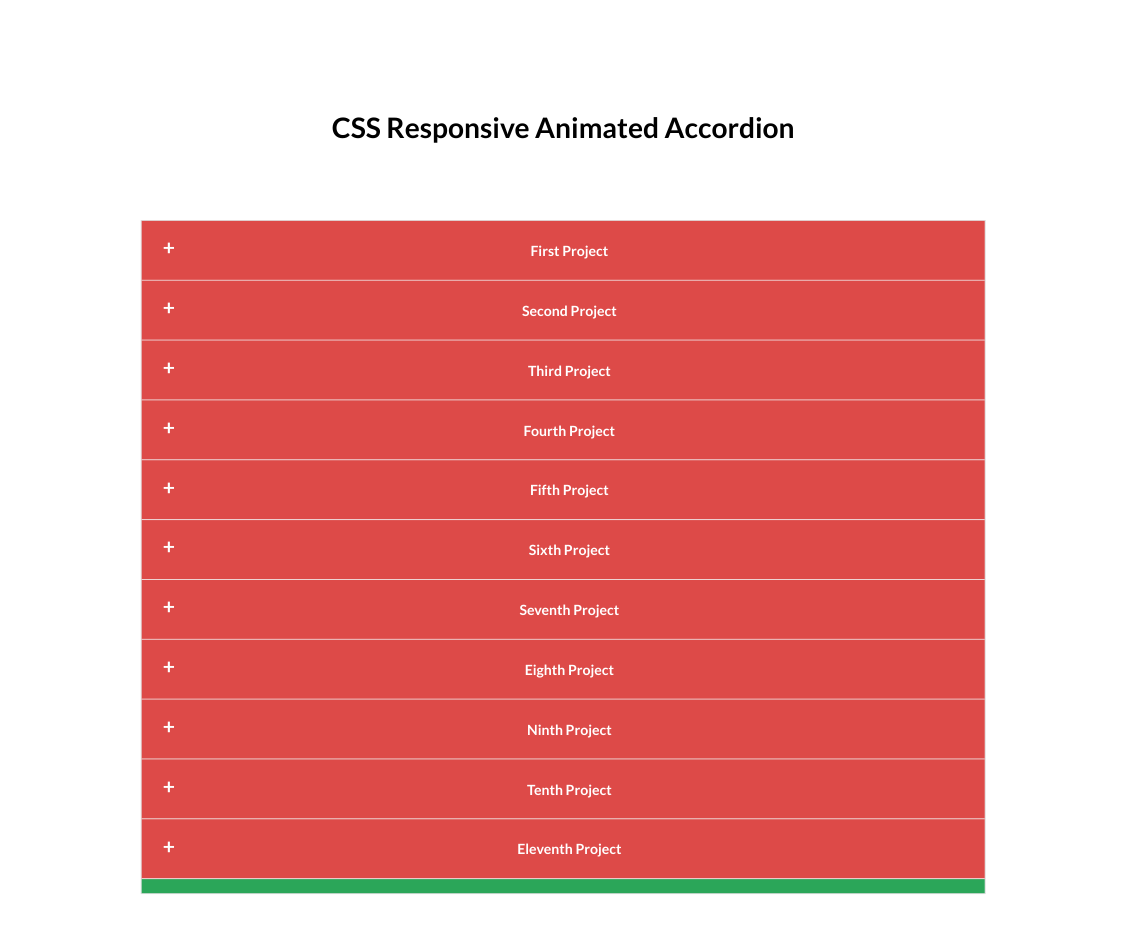
Repository: Imprasna/personalperform
Page: index.html
The author's editor kept a copy of each file at every save. The page is drawn from the files as they stood at one save, then again after a run of saves.
The browser window is 1280 px wide. The pictures show the whole page, at 88% of full size.
The style sheet was rebuilt from its Sass, Less or Tailwind sources for each picture, by a compiler version that may differ from the author's.

Above is the page before, as saved 2021-12-30 22:35:10.

### index.html
<!DOCTYPE html>
<html lang="en">

<head>
    <meta charset="UTF-8">
    <meta http-equiv="X-UA-Compatible" content="IE=edge">
    <meta name="viewport" content="width=device-width, initial-scale=1.0">
    <link rel="stylesheet" href="css/accordion.css">
    <title>Prasanna's Performance Tests</title>
</head>

<body>
    <div class="container">
        <h1 class="heading-primary">CSS Responsive Animated Accordion</h1>
        <div class="accordion">
            <dl>
                <dt>
                    <a href="#accordion1" aria-expanded="false" aria-controls="accordion1"
                        class="accordion-title accordionTitle js-accordionTrigger">First Project</a>
                </dt>
                <dd class="accordion-content accordionItem is-collapsed" id="accordion1" aria-hidden="true">
                    <p>Project Name : Gedee Public School.</p>
                    <p>No. of Days: 6 Months.</p>
                    <p>ToolS Used: HTML / CSS / JavaScript.</p>
                    <p>The time I joined the Company, this has been the first project that has been handed to me. Since I had no touch to whatever I learnt previously. It took me nearly 6 months and also due to the delay of contents from the client it took me so long in getting this project completed.
                    </p>
                </dd>
                <dt>
                    <a href="#accordion2" aria-expanded="false" aria-controls="accordion2"
                        class="accordion-title accordionTitle js-accordionTrigger">
                        Second Project</a>
                </dt>
                <dd class="accordion-content accordionItem is-collapsed" id="accordion2" aria-hidden="true">
                    <p>Project Name : Signatures.</p>
                    <p>No. of Days: 18 Days.</p>
                    <p>ToolS Used: Webflow.</p>
                    <p>The time I joined the Company, this has been the first project that has been handed to me. Since I had no touch to whatever I learnt previously. It took me nearly 6 months and also due to the delay of contents from the client it took me so long in getting this project completed.
                    </p>
                </dd>

                <dt>
                    <a href="#accordion3" aria-expanded="false" aria-controls="accordion3"
                        class="accordion-title accordionTitle js-accordionTrigger">
                        Third Project
                    </a>
                </dt>
                <dd class="accordion-content accordionItem is-collapsed" id="accordion3" aria-hidden="true">
                    <p>Project Name : CMK.</p>
                    <p>No. of Days: 18 Days.</p>
                    <p>ToolS Used: Webflow.</p>
                    <p>The time I joined the Company, this has been the first project that has been handed to me. Since I had no touch to whatever I learnt previously. It took me nearly 6 months and also due to the delay of contents from the client it took me so long in getting this project completed.
                    </p>
                </dd>

                <dt>
                    <a href="#accordion3" aria-expanded="false" aria-controls="accordion3"
                        class="accordion-title accordionTitle js-accordionTrigger">
                        Fourth Project
                    </a>
                </dt>
                <dd class="accordion-content accordionItem is-collapsed" id="accordion3" aria-hidden="true">
                    <p>Project Name : Triniva.</p>
                    <p>No. of Days: 18 Days.</p>
                    <p>ToolS Used: Webflow.</p>
                    <p>The time I joined the Company, this has been the first project that has been handed to me. Since I had no touch to whatever I learnt previously. It took me nearly 6 months and also due to the delay of contents from the client it took me so long in getting this project completed.
                    </p>
                </dd>

                <dt>
                    <a href="#accordion3" aria-expanded="false" aria-controls="accordion3"
                        class="accordion-title accordionTitle js-accordionTrigger">
                        Fifth Project
                    </a>
                </dt>
                <dd class="accordion-content accordionItem is-collapsed" id="accordion3" aria-hidden="true">
                    <p>Project Name : CACPL - Landing.</p>
                    <p>No. of Days: 18 Days.</p>
                    <p>ToolS Used: Webflow.</p>
                    <p>The time I joined the Company, this has been the first project that has been handed to me. Since I had no touch to whatever I learnt previously. It took me nearly 6 months and also due to the delay of contents from the client it took me so long in getting this project completed.
                    </p>
                </dd>

                <dt>
                    <a href="#accordion3" aria-expanded="false" aria-controls="accordion3"
                        class="accordion-title accordionTitle js-accordionTrigger">
                        Sixth Project
                    </a>
                </dt>
                <dd class="accordion-content accordionItem is-collapsed" id="accordion3" aria-hidden="true">
                    <p>Project Name : CACPL.</p>
                    <p>No. of Days: 18 Days.</p>
                    <p>ToolS Used: Webflow.</p>
                    <p>The time I joined the Company, this has been the first project that has been handed to me. Since I had no touch to whatever I learnt previously. It took me nearly 6 months and also due to the delay of contents from the client it took me so long in getting this project completed.
                    </p>
                </dd>

                <dt>
                    <a href="#accordion3" aria-expanded="false" aria-controls="accordion3"
                        class="accordion-title accordionTitle js-accordionTrigger">
                        Seventh Project
                    </a>
                </dt>
                <dd class="accordion-content accordionItem is-collapsed" id="accordion3" aria-hidden="true">
                    <p>Project Name : Consolidated One.</p>
                    <p>No. of Days: 18 Days.</p>
                    <p>ToolS Used: Webflow.</p>
                    <p>The time I joined the Company, this has been the first project that has been handed to me. Since I had no touch to whatever I learnt previously. It took me nearly 6 months and also due to the delay of contents from the client it took me so long in getting this project completed.
                    </p>
                </dd>

                <dt>
                    <a href="#accordion3" aria-expanded="false" aria-controls="accordion3"
                        class="accordion-title accordionTitle js-accordionTrigger">
                        Eighth Project
                    </a>
                </dt>
                <dd class="accordion-content accordionItem is-collapsed" id="accordion3" aria-hidden="true">
                    <p>Project Name : Atlas Pain Care.</p>
                    <p>No. of Days: 18 Days.</p>
                    <p>ToolS Used: Webflow.</p>
                    <p>The time I joined the Company, this has been the first project that has been handed to me. Since I had no touch to whatever I learnt previously. It took me nearly 6 months and also due to the delay of contents from the client it took me so long in getting this project completed.
                    </p>
                </dd>

                <dt>
                    <a href="#accordion3" aria-expanded="false" aria-controls="accordion3"
                        class="accordion-title accordionTitle js-accordionTrigger">
                        Ninth Project
                    </a>
                </dt>
                <dd class="accordion-content accordionItem is-collapsed" id="accordion3" aria-hidden="true">
                    <p>Project Name : LMW MTD.</p>
                    <p>No. of Days: 18 Days.</p>
                    <p>ToolS Used: Webflow.</p>
                    <p>The time I joined the Company, this has been the first project that has been handed to me. Since I had no touch to whatever I learnt previously. It took me nearly 6 months and also due to the delay of contents from the client it took me so long in getting this project completed.
                    </p>
                </dd>

                <dt>
                    <a href="#accordion3" aria-expanded="false" aria-controls="accordion3"
                        class="accordion-title accordionTitle js-accordionTrigger">
                        Tenth Project
                    </a>
                </dt>
                <dd class="accordion-content accordionItem is-collapsed" id="accordion3" aria-hidden="true">
                    <p>Project Name : Lobien.</p>
                    <p>No. of Days: 18 Days.</p>
                    <p>ToolS Used: Webflow.</p>
                    <p>The time I joined the Company, this has been the first project that has been handed to me. Since I had no touch to whatever I learnt previously. It took me nearly 6 months and also due to the delay of contents from the client it took me so long in getting this project completed.
                    </p>
                </dd>

                <dt>
                    <a href="#accordion3" aria-expanded="false" aria-controls="accordion3"
                        class="accordion-title accordionTitle js-accordionTrigger">
                        Eleventh Project
                    </a>
                </dt>
                <dd class="accordion-content accordionItem is-collapsed" id="accordion3" aria-hidden="true">
                    <p>Project Name : AJK Nursing Landing.</p>
                    <p>No. of Days: 18 Days.</p>
                    <p>ToolS Used: Webflow.</p>
                    <p>The time I joined the Company, this has been the first project that has been handed to me. Since I had no touch to whatever I learnt previously. It took me nearly 6 months and also due to the delay of contents from the client it took me so long in getting this project completed.
                    </p>
                </dd>

            </dl>
        </div>
    </div>

    <script src="app.js"></script>
</body>

</html>

### app.js
//uses classList, setAttribute, and querySelectorAll
//if you want this to work in IE8/9 youll need to polyfill these
(function(){
	var d = document,
	accordionToggles = d.querySelectorAll('.js-accordionTrigger'),
	setAria,
	setAccordionAria,
	switchAccordion,
  touchSupported = ('ontouchstart' in window),
  pointerSupported = ('pointerdown' in window);

  skipClickDelay = function(e){
    e.preventDefault();
    e.target.click();
  }

		setAriaAttr = function(el, ariaType, newProperty){
		el.setAttribute(ariaType, newProperty);
	};
	setAccordionAria = function(el1, el2, expanded){
		switch(expanded) {
      case "true":
      	setAriaAttr(el1, 'aria-expanded', 'true');
      	setAriaAttr(el2, 'aria-hidden', 'false');
      	break;
      case "false":
      	setAriaAttr(el1, 'aria-expanded', 'false');
      	setAriaAttr(el2, 'aria-hidden', 'true');
      	break;
      default:
				break;
		}
	};
//function
switchAccordion = function(e) {
  console.log("triggered");
	e.preventDefault();
	var thisAnswer = e.target.parentNode.nextElementSibling;
	var thisQuestion = e.target;
	if(thisAnswer.classList.contains('is-collapsed')) {
		setAccordionAria(thisQuestion, thisAnswer, 'true');
	} else {
		setAccordionAria(thisQuestion, thisAnswer, 'false');
	}
  	thisQuestion.classList.toggle('is-collapsed');
  	thisQuestion.classList.toggle('is-expanded');
		thisAnswer.classList.toggle('is-collapsed');
		thisAnswer.classList.toggle('is-expanded');

  	thisAnswer.classList.toggle('animateIn');
	};
	for (var i=0,len=accordionToggles.length; i<len; i++) {
		if(touchSupported) {
      accordionToggles[i].addEventListener('touchstart', skipClickDelay, false);
    }
    if(pointerSupported){
      accordionToggles[i].addEventListener('pointerdown', skipClickDelay, false);
    }
    accordionToggles[i].addEventListener('click', switchAccordion, false);
  }
})();

### accordion.scss

//updated ver
* {
    box-sizing:border-box;
  }
  @import url(https://fonts.googleapis.com/css?family=Lato:400,700);
  body {

    font-family:'Lato';
  }
  .heading-primary {
    font-size:2em;
    padding:2em;
    text-align:center;
  }
  .accordion dl,
  .accordion-list {
     border:1px solid #ddd;
     &:after {
         content: "";
         display:block;
         height:1em;
         width:100%;
         background-color:darken(#38cc70, 10%);
       }
  }
  .accordion dd,
  .accordion__panel {
     background-color:#eee;
     font-size:1em;
     line-height:1.5em;
     height: auto;
  }
  .accordion p {
    padding: .2rem;
  }

  .accordion {
      position:relative;
      background-color:#eee;
  }
  .container {
    max-width:960px;
    margin:0 auto;
    padding:2em 0 2em 0;
  }
  .accordionTitle,
  .accordion__Heading {
   background-color:#DD4A48;
     text-align:center;
       font-weight:700;
            padding:1.5rem;
            display:block;
            text-decoration:none;
            color:#fff;
            transition:background-color 0.5s ease-in-out;
    border-bottom:1px solid darken(#fff, 5%);
    &:before {
     content: "+";
     font-size:1.5em;
     line-height:0.5em;
     float:left;
     transition: transform 0.3s ease-in-out;
    }
    &:hover {
      background-color:darken(#EC255A, 10%);
    }
  }
  .accordionTitleActive,
  .accordionTitle.is-expanded {
     background-color:darken(#4F091D, 10%);
     border-bottom:1px solid darken(#4F091D, 5%);
      &:before {

        transform:rotate(-225deg);
      }
  }
  .accordionItem {
      height:auto;
      overflow:hidden;
      //SHAME: magic number to allow the accordion to animate

       max-height:50em;
      transition:max-height 1s;


      @media screen and (min-width:48em) {
           max-height:20em;
          transition:max-height 0.5s

      }


  }

  .accordionItem.is-collapsed {
      max-height:0;
  }
  .no-js .accordionItem.is-collapsed {
    max-height: auto;
  }
  .animateIn {
       animation: accordionIn 0.45s normal ease-in-out both 1;
  }
  .animateOut {
       animation: accordionOut 0.45s alternate ease-in-out both 1;
  }
  @keyframes accordionIn {
    0% {
      opacity: 0;
      transform:scale(0.9) rotateX(-60deg);
      transform-origin: 50% 0;
    }
    100% {
      opacity:1;
      transform:scale(1);
    }
  }

  @keyframes accordionOut {
      0% {
         opacity: 1;
         transform:scale(1);
       }
       100% {
            opacity:0;
             transform:scale(0.9) rotateX(-60deg);
         }
  }

After the next 2 saves:
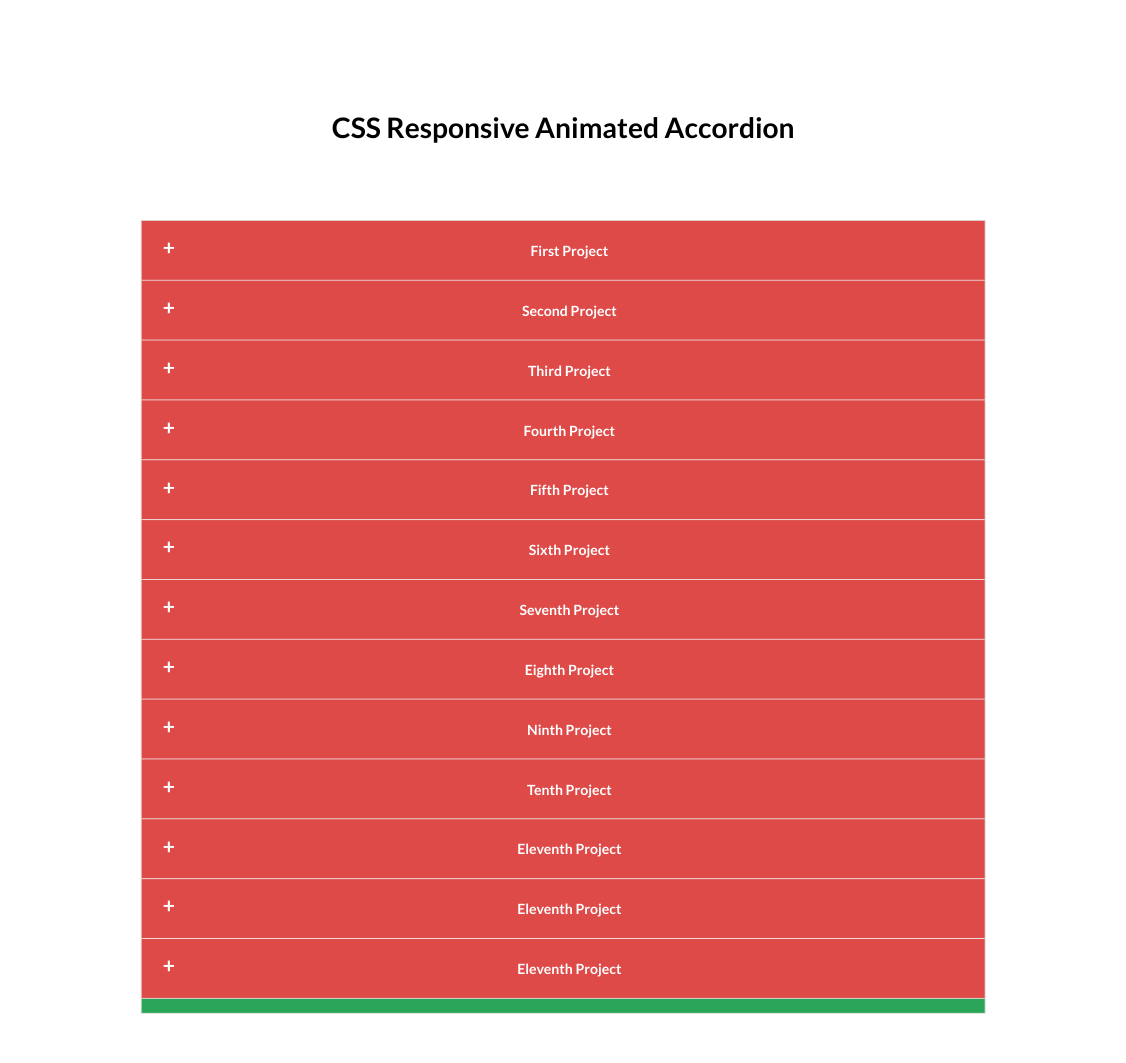
The 2 saves are shown as one change because they came seconds apart.
The last was saved 19 s later.
--- a/index.html
+++ b/index.html
@@ -164,6 +164,34 @@
                     </p>
                 </dd>
 
+                <dt>
+                    <a href="#accordion3" aria-expanded="false" aria-controls="accordion3"
+                        class="accordion-title accordionTitle js-accordionTrigger">
+                        Eleventh Project
+                    </a>
+                </dt>
+                <dd class="accordion-content accordionItem is-collapsed" id="accordion3" aria-hidden="true">
+                    <p>Project Name : AJK Nursing Landing.</p>
+                    <p>No. of Days: 18 Days.</p>
+                    <p>ToolS Used: Webflow.</p>
+                    <p>The time I joined the Company, this has been the first project that has been handed to me. Since I had no touch to whatever I learnt previously. It took me nearly 6 months and also due to the delay of contents from the client it took me so long in getting this project completed.
+                    </p>
+                </dd>
+
+                <dt>
+                    <a href="#accordion3" aria-expanded="false" aria-controls="accordion3"
+                        class="accordion-title accordionTitle js-accordionTrigger">
+                        Eleventh Project
+                    </a>
+                </dt>
+                <dd class="accordion-content accordionItem is-collapsed" id="accordion3" aria-hidden="true">
+                    <p>Project Name : AJK Nursing Landing.</p>
+                    <p>No. of Days: 18 Days.</p>
+                    <p>ToolS Used: Webflow.</p>
+                    <p>The time I joined the Company, this has been the first project that has been handed to me. Since I had no touch to whatever I learnt previously. It took me nearly 6 months and also due to the delay of contents from the client it took me so long in getting this project completed.
+                    </p>
+                </dd>
+
             </dl>
         </div>
     </div>
